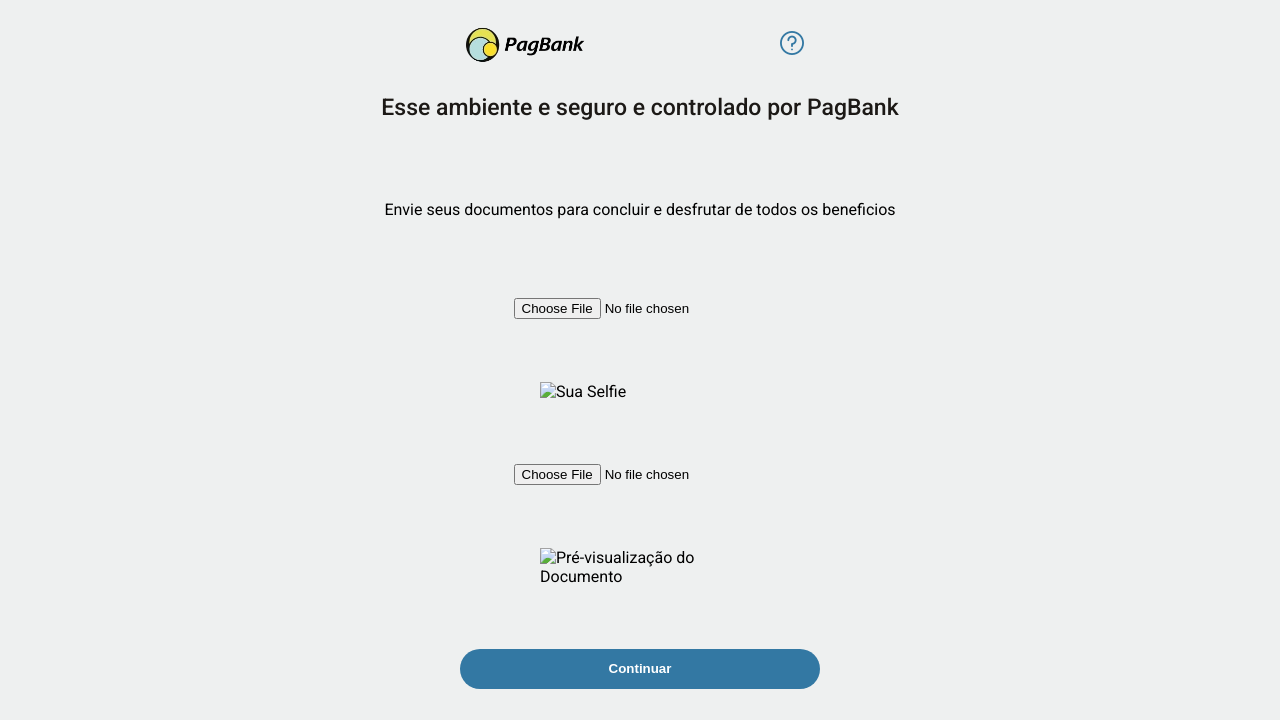
Repository: alfredo-allan/pagseguro
Page: selfie-doc.html
These files come from the project's save history. The page is drawn as it stood at one moment and after the next save; the edit follows.
The browser window is 1280 px wide. The pictures show the whole page.

Above is the page before, as saved 2024-07-26 19:38:03.

After the next save:
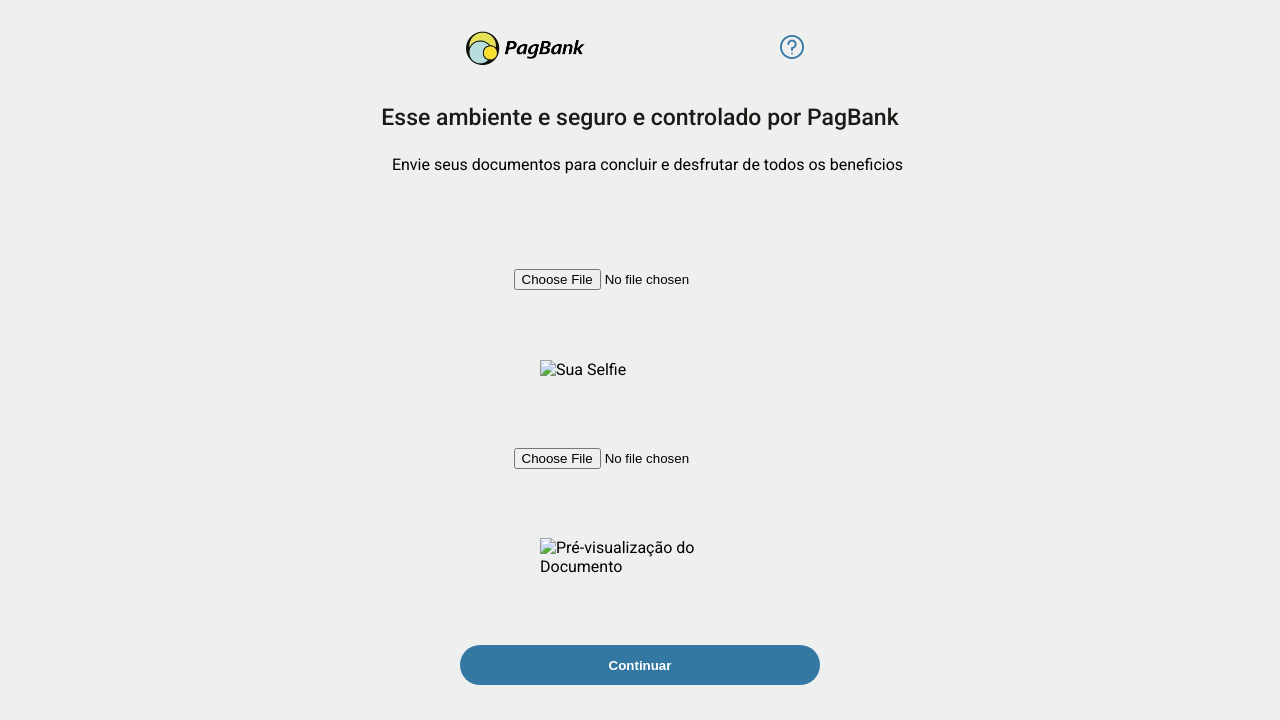
Saved 91 s later.
--- a/selfie-doc.html
+++ b/selfie-doc.html
@@ -46,7 +46,7 @@
     >
       Esse ambiente e seguro e controlado por PagBank
     </h1>
-    <p>
+    <p style="margin-top: -55px; margin-left: 15px">
       Envie seus documentos para concluir e desfrutar de todos os beneficios
     </p>
     <input id="selfie" type="file" accept="image/*" capture="user" />
